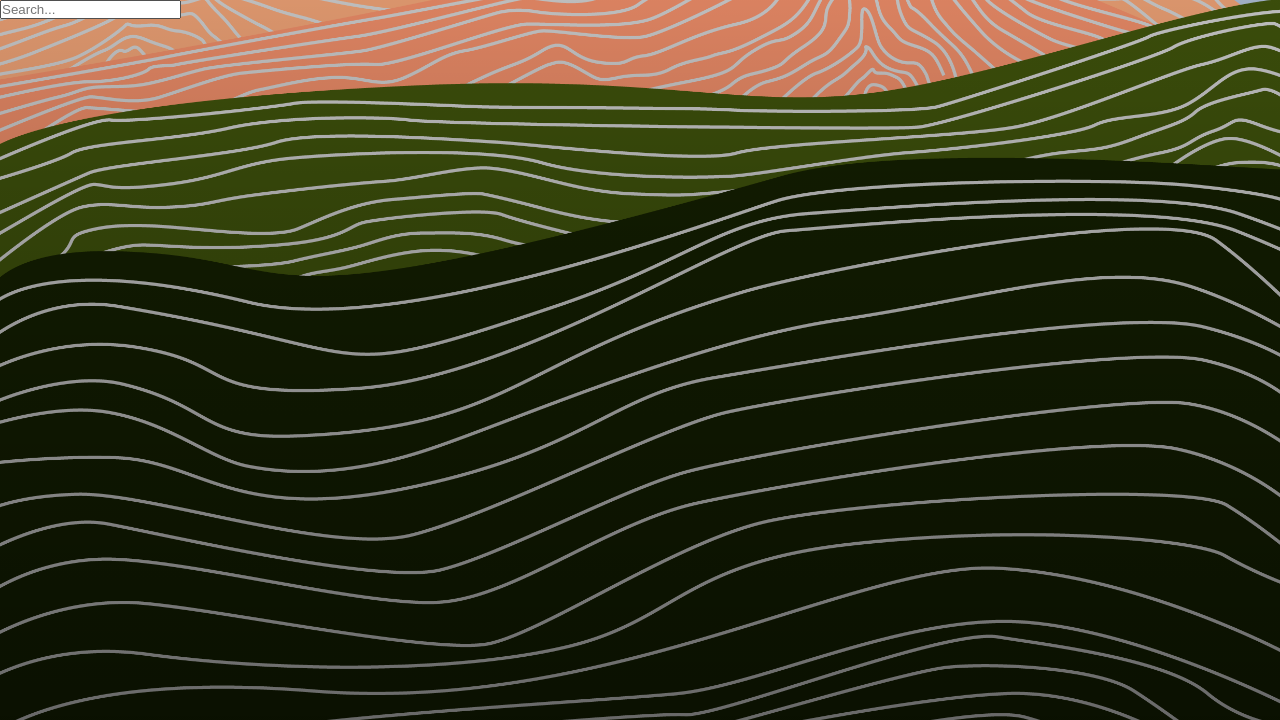
Repository: burntaftermint/weather
Page: /
These files come from the project's save history. The page is drawn as it stood at one moment and after the next save; the edit follows.
The browser window is 1280 px wide. The pictures show the whole page.
The project was rebuilt for these pictures with package versions that can differ from the ones it lists, and the page was loaded fresh each time.

Above is the page before, as saved 2023-11-02 04:34:56.

### src/index.css
* {
  margin: 0;
  padding: 0;
  box-sizing: border-box;
}

body {
  font-family: 'montseratt', sans-seriff;
}

.app {
  background-image: url('./assets/cold-bkg.png');
  background-size: cover;
  background-position: bottom;
  transition: 0.4 ease-out;
}

.app.warm {
  background-image: url('./assets/warm-bkg.png');
}

main {
  min-height: 100vh;
  background-image: linear-gradient(to bottom, rgba(0, 0, 0, 0.1), rgba(0, 0, 0, 0.5));
}

### src/App.js
import React from "react";
const api = {
  key: "aae71886c63e3353f55a2d87e4ab0d82",
  base: "https://api.openweathermap.org/data/2.5"
}
function App() {
  return (
    <div className="app">
      <main>
        <div className="search-box">
          <input
            type="text"
            className="search-bar"
            placeholder="Search..."
          />
        </div>
      </main>
    </div>
  );
}

export default App;

Loaded but not shown: public/index.html (common file); src/index.js (common file); src/reportWebVitals.js (common file)

After the next save:
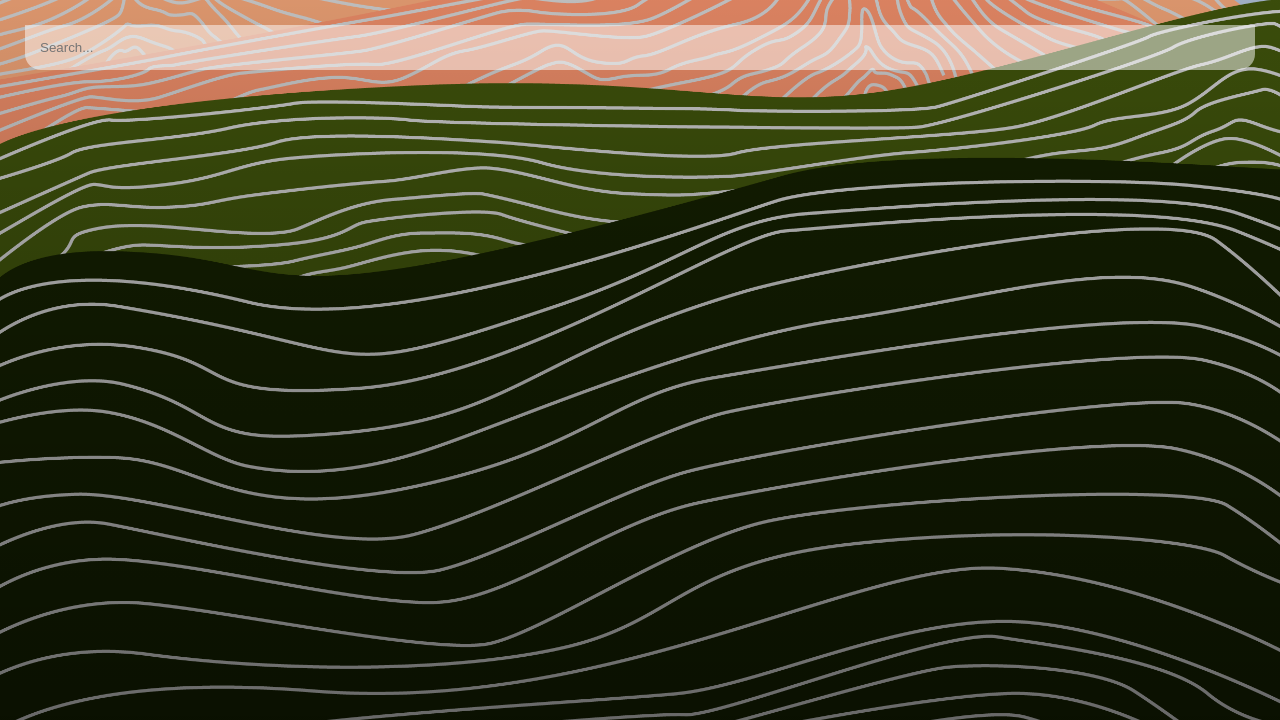
Saved 3 min 37 s later.
--- a/src/index.css
+++ b/src/index.css
@@ -22,4 +22,24 @@ body {
 main {
   min-height: 100vh;
   background-image: linear-gradient(to bottom, rgba(0, 0, 0, 0.1), rgba(0, 0, 0, 0.5));
+  padding: 25px;
 }
+
+.search-box {
+  width: 100%;
+  margin: 0 0 75px;
+}
+
+.search-box .search-bar {
+  display: block;
+  width: 100%;
+  padding: 15px;
+
+  appearance: none;
+  background: none;
+  border: none;
+  outline: none;
+
+  background-color: rgba(255, 255, 255, 0.5);
+  border-radius: 0px 0px 16px 16px;
+}
